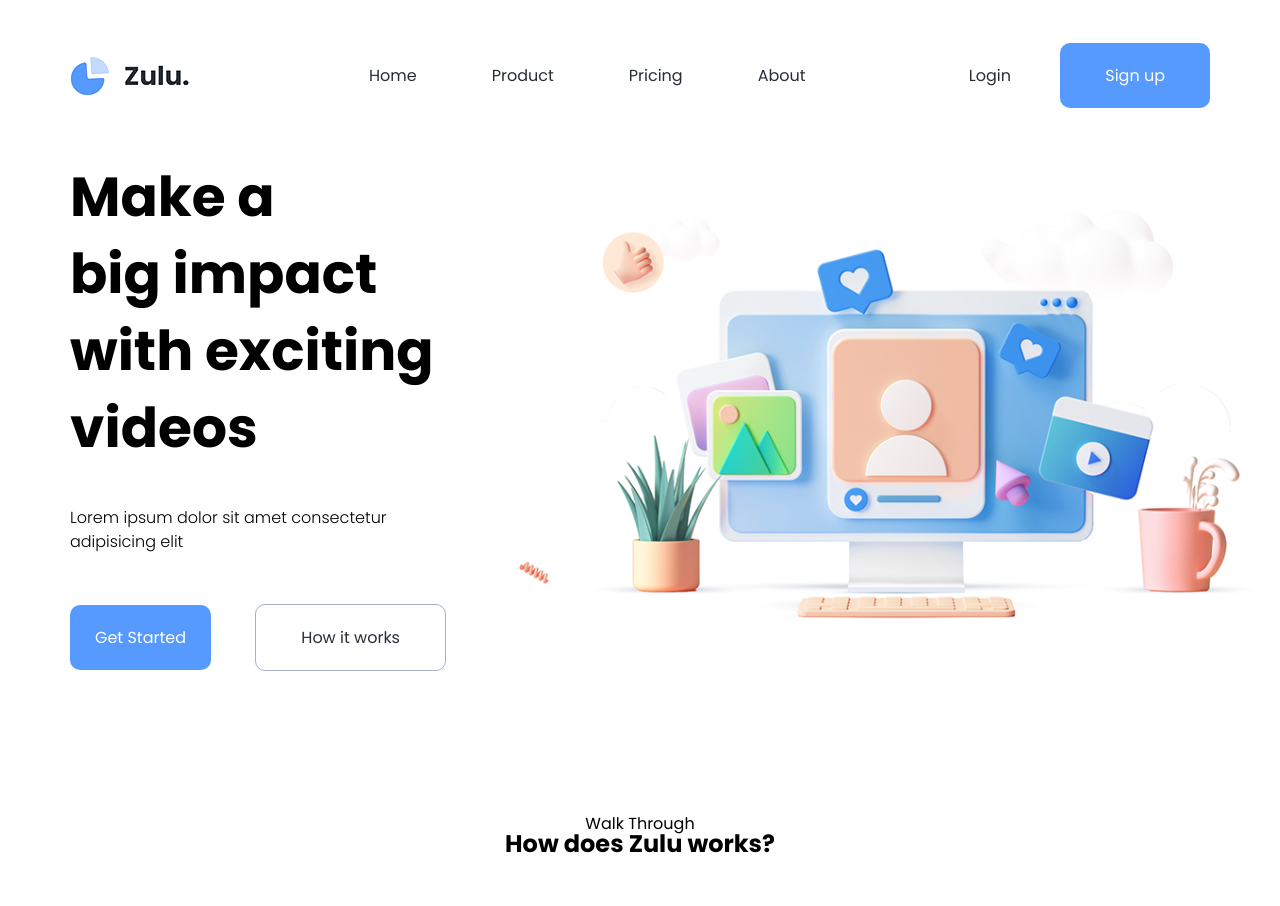
Repository: baodien1405/zulu-landing-page
Page: index.html
The author's editor kept a copy of each file at every save. The page is drawn from the files as they stood at one save, then again after the next save.
The browser window is 1280 px wide. The pictures show the whole page.
The style sheet was rebuilt from its Sass, Less or Tailwind sources for each picture, by a compiler version that may differ from the author's.

Above is the page before, as saved 2021-06-22 16:25:53.

After the next save:
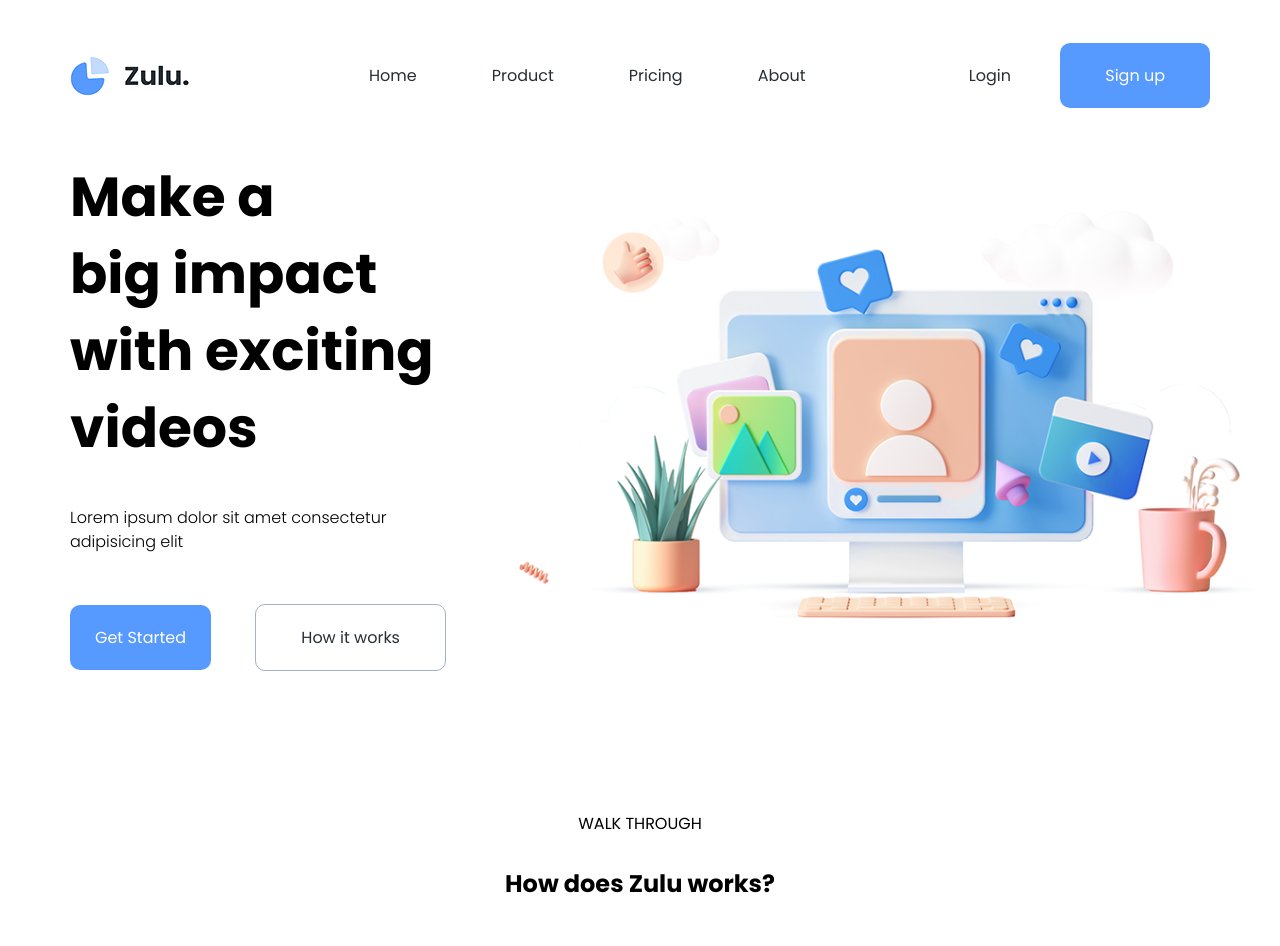
Saved 30 s later.
--- a/_global.scss
+++ b/_global.scss
@@ -58,4 +58,9 @@ body {
   align-items: center;
   justify-content: center;
   flex-direction: column;
+
+  &-caption {
+    text-transform: uppercase;
+    margin-bottom: 40px;
+  }
 }
